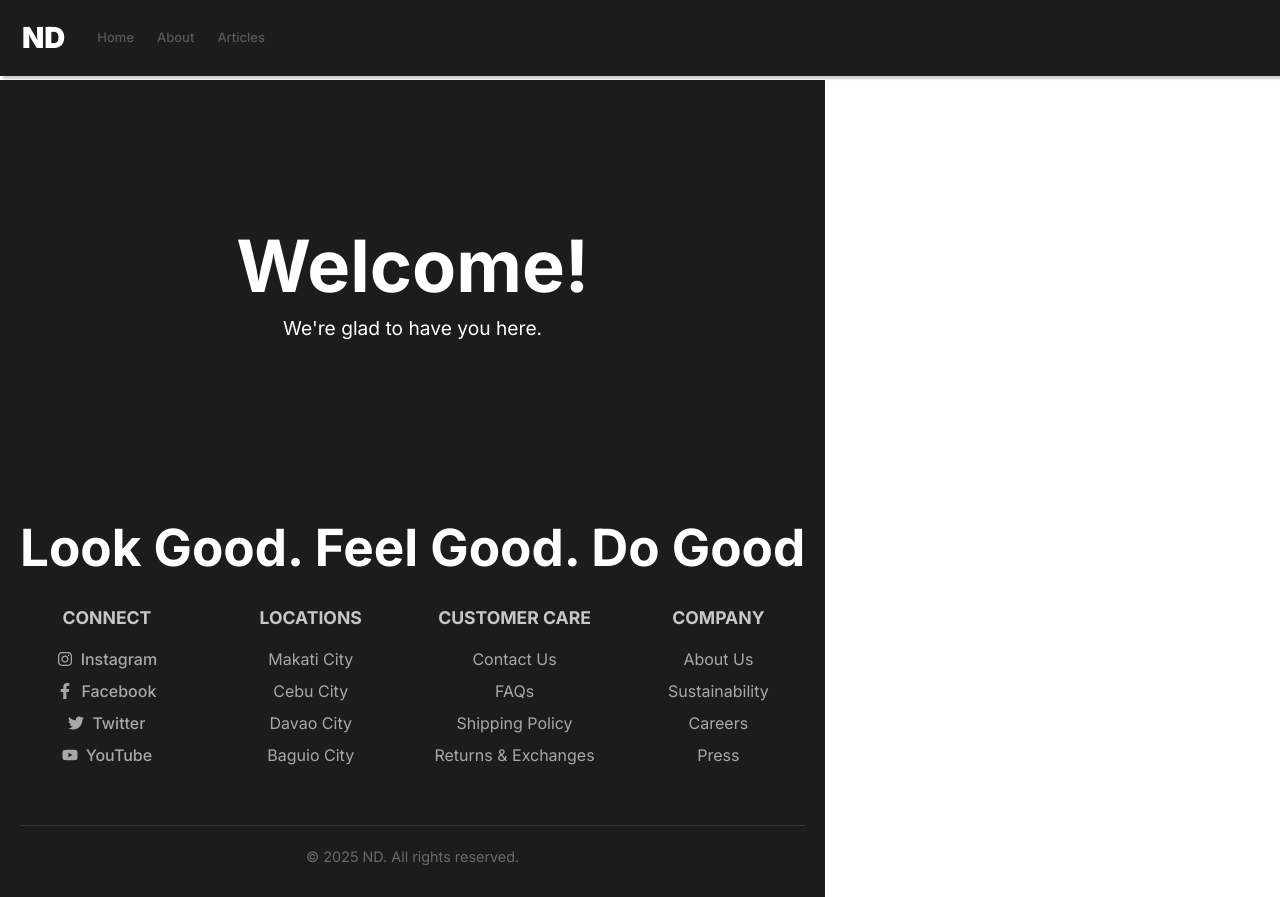
Repository: neomdavid/advancedwebprogramming
Page: /welcome
The author's editor kept a copy of each file at every save. The page is drawn from the files as they stood at one save, then again after the next save.
The browser window is 1280 px wide. The pictures show the whole page.
The project was rebuilt for these pictures with package versions that can differ from the ones it lists, and the page was loaded fresh each time. Also part of the build but not shown: vite.config.js, src/styles/Button.css, src/components/Button.jsx, src/styles/AboutPage.css, src/pages/AboutPAge.jsx, src/styles/ArticleList.css, src/article-content.js, src/components/ArticleList.jsx and 9 more.

Above is the page before, as saved 2025-04-22 08:55:00.

After the next save:
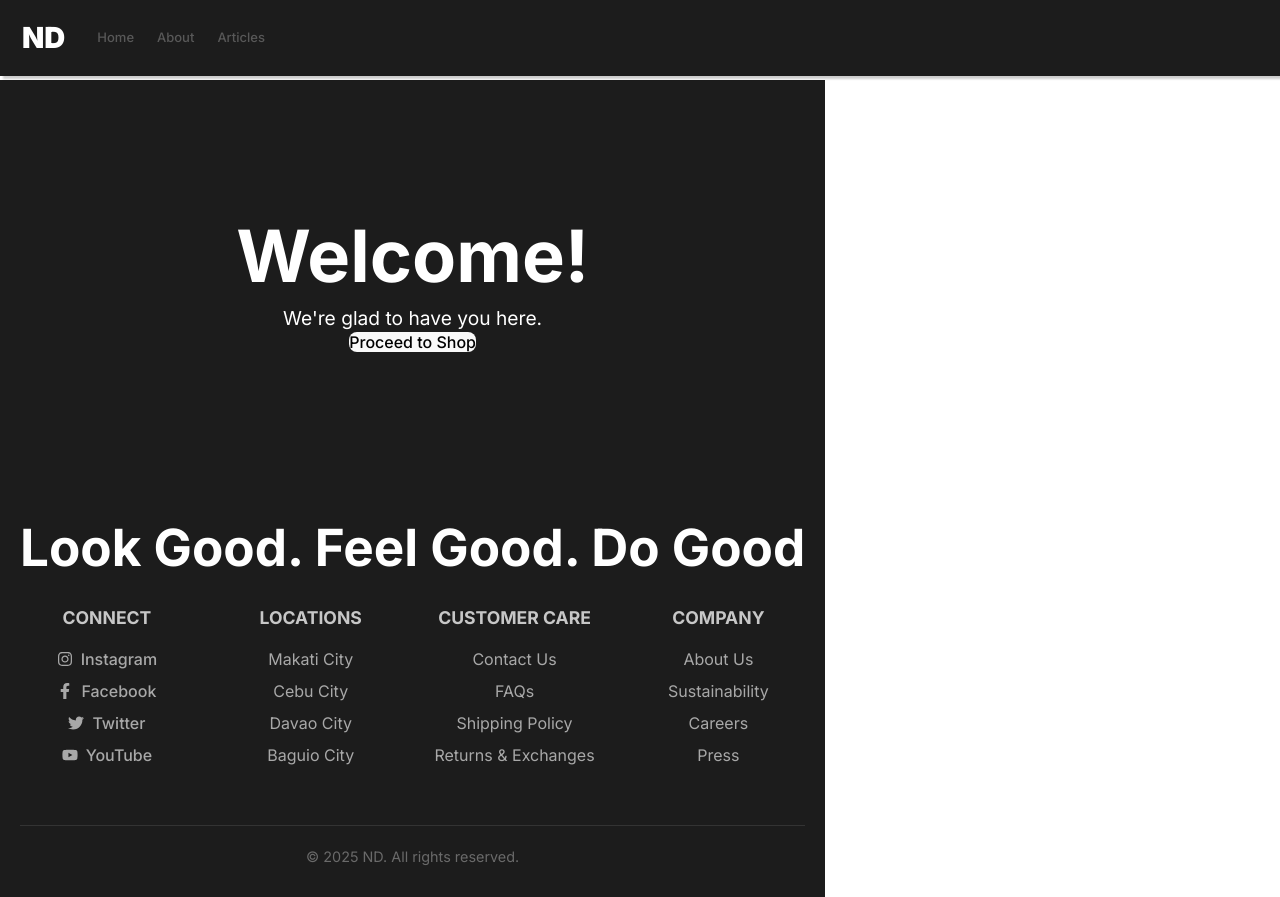
Saved 38 s later.
--- a/src/pages/WelcomePage.jsx
+++ b/src/pages/WelcomePage.jsx
@@ -20,6 +20,7 @@ const WelcomePage = () => {
         Welcome{name ? `, ${name}!` : "!"}
       </h1>
       <p style={{ fontSize: "1.2rem" }}>We're glad to have you here.</p>
+      <button>Proceed to Shop</button>
     </main>
   );
 };
